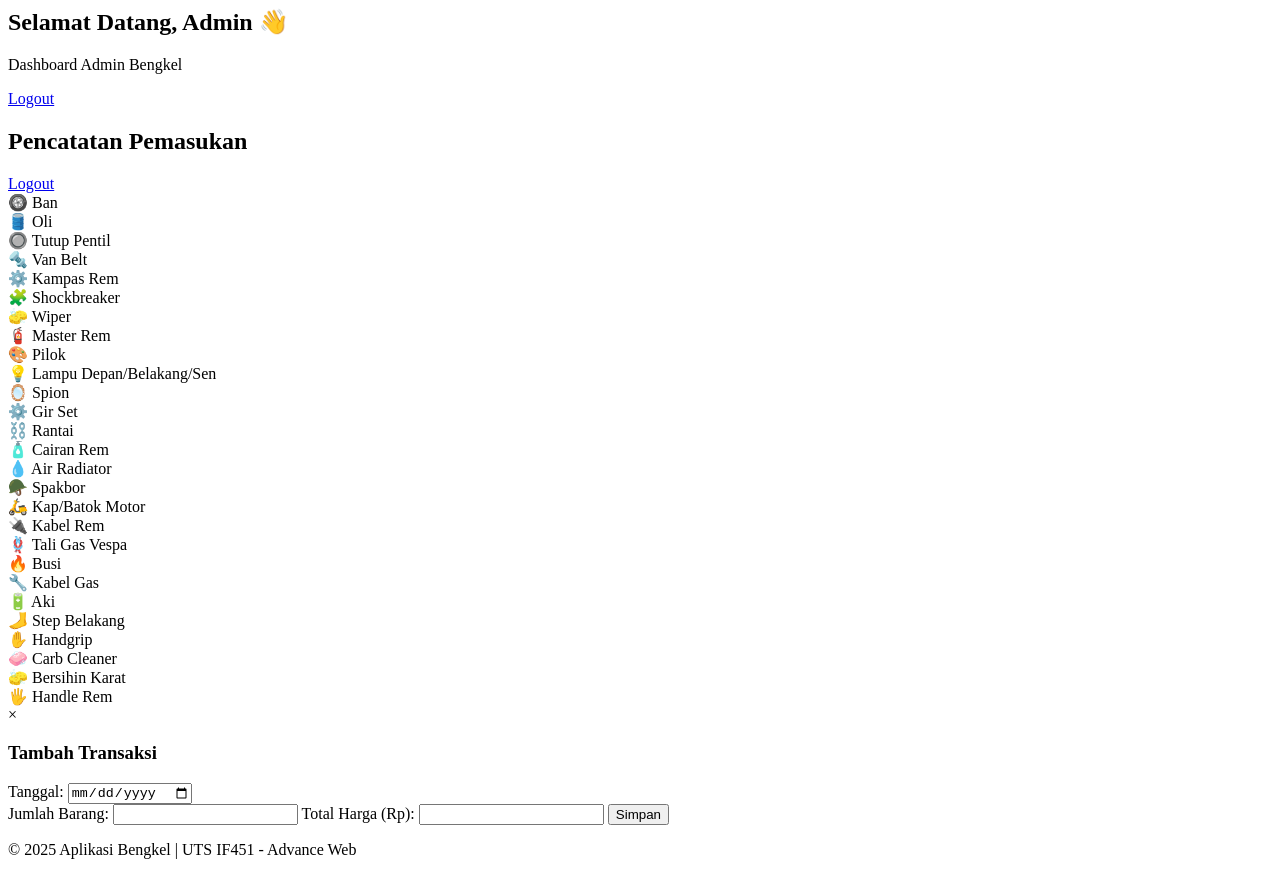
Repository: eligrahphilip/bengkel_managemen
Page: views/admin-income.ejs
These files come from the project's save history. The page is drawn as it stood at one moment and after the next save; the edit follows.
The browser window is 1280 px wide. The pictures show the whole page.
The page is served by the project's Node server (server.js). The template is opened directly, without the code that normally fills it, so the values that code supplies are empty.

Above is the page before, as saved 2025-10-10 20:46:07.

### views/admin-income.ejs
<%- include('partials/header') %>

<header>
  <h2>Pencatatan Pemasukan</h2>
  <a href="/logout" class="logout-btn">Logout</a>
</header>

<div class="grid-container" id="barangGrid">
  <!-- Semua daftar barang -->
  <div class="card" data-barang="Ban">🛞 Ban</div>
  <div class="card" data-barang="Oli">🛢️ Oli</div>
  <div class="card" data-barang="Tutup Pentil">🔘 Tutup Pentil</div>
  <div class="card" data-barang="Van Belt">🔩 Van Belt</div>
  <div class="card" data-barang="Kampas Rem">⚙️ Kampas Rem</div>
  <div class="card" data-barang="Shockbreaker">🧩 Shockbreaker</div>
  <div class="card" data-barang="Wiper">🧽 Wiper</div>
  <div class="card" data-barang="Master Rem">🧯 Master Rem</div>
  <div class="card" data-barang="Pilok">🎨 Pilok</div>
  <div class="card" data-barang="Lampu">💡 Lampu Depan/Belakang/Sen</div>
  <div class="card" data-barang="Spion">🪞 Spion</div>
  <div class="card" data-barang="Gir Set">⚙️ Gir Set</div>
  <div class="card" data-barang="Rantai">⛓️ Rantai</div>
  <div class="card" data-barang="Cairan Rem">🧴 Cairan Rem</div>
  <div class="card" data-barang="Air Radiator">💧 Air Radiator</div>
  <div class="card" data-barang="Spakbor">🪖 Spakbor</div>
  <div class="card" data-barang="Kap Motor">🛵 Kap/Batok Motor</div>
  <div class="card" data-barang="Kabel Rem">🔌 Kabel Rem</div>
  <div class="card" data-barang="Tali Gas Vespa">🪢 Tali Gas Vespa</div>
  <div class="card" data-barang="Busi">🔥 Busi</div>
  <div class="card" data-barang="Kabel Gas">🔧 Kabel Gas</div>
  <div class="card" data-barang="Aki">🔋 Aki</div>
  <div class="card" data-barang="Step Belakang">🦶 Step Belakang</div>
  <div class="card" data-barang="Handgrip">✋ Handgrip</div>
  <div class="card" data-barang="Carb Cleaner">🧼 Carb Cleaner</div>
  <div class="card" data-barang="Bersihin Karat">🧽 Bersihin Karat</div>
  <div class="card" data-barang="Handle Rem">🖐️ Handle Rem</div>
</div>

<!-- Modal -->
<div id="formModal" class="modal">
  <div class="modal-content">
    <span class="close" id="closeModal">&times;</span>
    <h3 id="modalTitle">Tambah Transaksi</h3>
    <form method="POST" action="/admin/add" id="transaksiForm">
      <input type="hidden" name="jenis" value="income">
      <input type="hidden" name="barang" id="barangInput">

      <label>Tanggal:</label>
      <input type="date" name="tanggal" required>

      <div id="detailFields"></div>

      <label>Jumlah Barang:</label>
      <input type="number" name="jumlah_barang" required>

      <label>Total Harga (Rp):</label>
      <input type="number" name="jumlah" required>

      <button type="submit">Simpan</button>
    </form>
  </div>
</div>

<script src="/js/admin/admin-income.js"></script>

<%- include('partials/footer') %>

### views/partials/header.ejs
<header>
  <div class="header-text">
    <h2>Selamat Datang, <%= user?.username || 'Admin' %> 👋</h2>
    <p>Dashboard Admin Bengkel</p>
  </div>
  <a href="/logout" class="logout-btn">Logout</a>
</header>

### views/partials/footer.ejs
<footer>
  <p>© 2025 Aplikasi Bengkel | UTS IF451 - Advance Web</p>
</footer>

### server.js
const express = require("express");
const path = require("path");
const fs = require("fs");
const bodyParser = require("body-parser");
const session = require("express-session");

const app = express();
const PORT = 3000;

// Middleware
app.use(bodyParser.urlencoded({ extended: true }));
app.use(express.static("public"));
app.use(
  session({
    secret: "bengkel-secret",
    resave: false,
    saveUninitialized: true,
  })
);

// Set EJS
app.set("view engine", "ejs");
app.set("views", path.join(__dirname, "views"));

// File data
const usersPath = path.join(__dirname, "data", "users.json");
const transPath = path.join(__dirname, "data", "transactions.json");

// === ROUTES ===

// Login
app.get("/", (req, res) => {
  res.render("login", { error: null });
});

// Proses login
app.post("/login", (req, res) => {
  const { username, password } = req.body;
  const users = JSON.parse(fs.readFileSync(usersPath));
  const user = users.find(
    (u) => u.username === username && u.password === password
  );

  if (!user) return res.render("login", { error: "Username atau password salah!" });

  req.session.user = user;
  if (user.role === "admin") return res.redirect("/admin/menu");
  else return res.redirect("/user");
});

// Logout
app.get("/logout", (req, res) => {
  req.session.destroy();
  res.redirect("/");
});

// === ADMIN ===

// Menu utama admin
app.get("/admin/menu", (req, res) => {
  if (!req.session.user || req.session.user.role !== "admin")
    return res.redirect("/");
  res.render("admin-menu", { user: req.session.user });
});

// Pencatatan Pemasukan
app.get("/admin/income", (req, res) => {
  if (!req.session.user || req.session.user.role !== "admin")
    return res.redirect("/");
  res.render("admin-income", { user: req.session.user });
});

// Pencatatan Pengeluaran
app.get("/admin/expense", (req, res) => {
  if (!req.session.user || req.session.user.role !== "admin")
    return res.redirect("/");
  res.render("admin-expense", { user: req.session.user });
});

// Tambah transaksi
app.post("/admin/add", (req, res) => {
  const { tanggal, keterangan, jumlah, jenis } = req.body;
  const transactions = JSON.parse(fs.readFileSync(transPath));

  const newTrans = {
    id: Date.now(),
    tanggal,
    keterangan,
    jumlah: parseFloat(jumlah),
    jenis, // income / expense
  };

  transactions.push(newTrans);
  fs.writeFileSync(transPath, JSON.stringify(transactions, null, 2));

  res.redirect("/admin/history");
});

// Riwayat transaksi
app.get("/admin/history", (req, res) => {
  if (!req.session.user || req.session.user.role !== "admin")
    return res.redirect("/");
  const transactions = JSON.parse(fs.readFileSync(transPath));
  res.render("admin-history", { user: req.session.user, transactions });
});

// Laporan Keuangan
app.get("/report", (req, res) => {
  if (!req.session.user || req.session.user.role !== "admin")
    return res.redirect("/");

  const transactions = JSON.parse(fs.readFileSync(transPath));

  const totalIncome = transactions
    .filter((t) => t.jenis === "income")
    .reduce((sum, t) => sum + t.jumlah, 0);

  const totalExpense = transactions
    .filter((t) => t.jenis === "expense")
    .reduce((sum, t) => sum + t.jumlah, 0);

  const saldo = totalIncome - totalExpense;

  res.render("report", {
    user: req.session.user,
    transactions,
    totalIncome,
    totalExpense,
    saldo,
  });
});

// === USER ===
app.get("/user", (req, res) => {
  if (!req.session.user || req.session.user.role !== "user")
    return res.redirect("/");
  res.render("user-catalog", { user: req.session.user });
});

app.listen(PORT, () =>
  console.log(`Server running on http://localhost:${PORT}`)
);

### public/js/admin/admin-income.js
const cards = document.querySelectorAll(".card");
const modal = document.getElementById("formModal");
const closeModal = document.getElementById("closeModal");
const modalTitle = document.getElementById("modalTitle");
const barangInput = document.getElementById("barangInput");
const detailFields = document.getElementById("detailFields");

cards.forEach(card => {
  card.addEventListener("click", () => {
    const barang = card.dataset.barang;
    barangInput.value = barang;
    modalTitle.textContent = "Tambah " + barang;
    detailFields.innerHTML = "";

    if (barang === "Oli") {
      detailFields.innerHTML = `
        <label>Merek:</label>
        <select name="merek_oli" required>
          <option value="">-- Pilih Merek --</option>
          <option value="Castrol">Castrol</option>
          <option value="Shell">Shell</option>
          <option value="Federal">Federal</option>
          <option value="Yamalube">Yamalube</option>
        </select>

        <label>Tipe:</label>
        <select name="tipe_oli" required>
          <option value="">-- Pilih Tipe --</option>
          <option value="AT">AT</option>
          <option value="Sport">Sport</option>
          <option value="Racing">Racing</option>
        </select>

        <label>Ukuran (Liter):</label>
        <select name="ukuran_oli" required>
          <option value="">-- Pilih Ukuran --</option>
          <option value="0.8">0.8L</option>
          <option value="1">1L</option>
          <option value="2">2L</option>
        </select>
      `;
    }

    modal.style.display = "flex";
  });
});

closeModal.addEventListener("click", () => modal.style.display = "none");
window.addEventListener("click", e => { if (e.target === modal) modal.style.display = "none"; });

### public/css/admin/admin-income.css
body {
  font-family: "Segoe UI", Tahoma, Geneva, Verdana, sans-serif;
  background-color: #f2f4f7;
  margin: 0;
}

header {
  background-color: #1E3A8A;
  color: white;
  padding: 20px 30px;
  display: flex;
  justify-content: space-between;
  align-items: center;
  box-shadow: 0 4px 6px rgba(0, 0, 0, 0.2);
}

.logout-btn {
  background-color: #e53e3e;
  color: white;
  padding: 10px 18px;
  border-radius: 5px;
  text-decoration: none;
  font-weight: bold;
  transition: 0.3s;
}

.logout-btn:hover {
  background-color: #c53030;
}

.grid-container {
  display: grid;
  grid-template-columns: repeat(auto-fit, minmax(150px, 1fr));
  gap: 20px;
  padding: 40px;
  max-width: 1100px;
  margin: 0 auto;
}

.card {
  background: white;
  border-radius: 10px;
  padding: 20px;
  text-align: center;
  box-shadow: 0 4px 6px rgba(0, 0, 0, 0.1);
  transition: all 0.3s ease;
  cursor: pointer;
  font-weight: bold;
}

.card:hover {
  transform: translateY(-5px);
  background-color: #f0f4ff;
  box-shadow: 0 8px 12px rgba(0, 0, 0, 0.15);
}

/* Modal */
.modal {
  display: none;
  position: fixed;
  top: 0; left: 0;
  width: 100%;
  height: 100%;
  background: rgba(0,0,0,0.6);
  justify-content: center;
  align-items: center;
}

.modal-content {
  background: white;
  padding: 30px;
  border-radius: 10px;
  width: 90%;
  max-width: 400px;
  box-shadow: 0 4px 10px rgba(0,0,0,0.3);
}

label {
  font-weight: bold;
  display: block;
  margin-top: 10px;
}

input, select {
  width: 100%;
  padding: 8px;
  margin-top: 5px;
  border: 1px solid #ccc;
  border-radius: 5px;
}

button {
  margin-top: 15px;
  padding: 10px 15px;
  background-color: #1E3A8A;
  color: white;
  border: none;
  border-radius: 5px;
  cursor: pointer;
  font-weight: bold;
}

button:hover {
  background-color: #2b4ae0;
}

.close {
  float: right;
  font-size: 18px;
  color: #555;
  cursor: pointer;
}

After the next save:
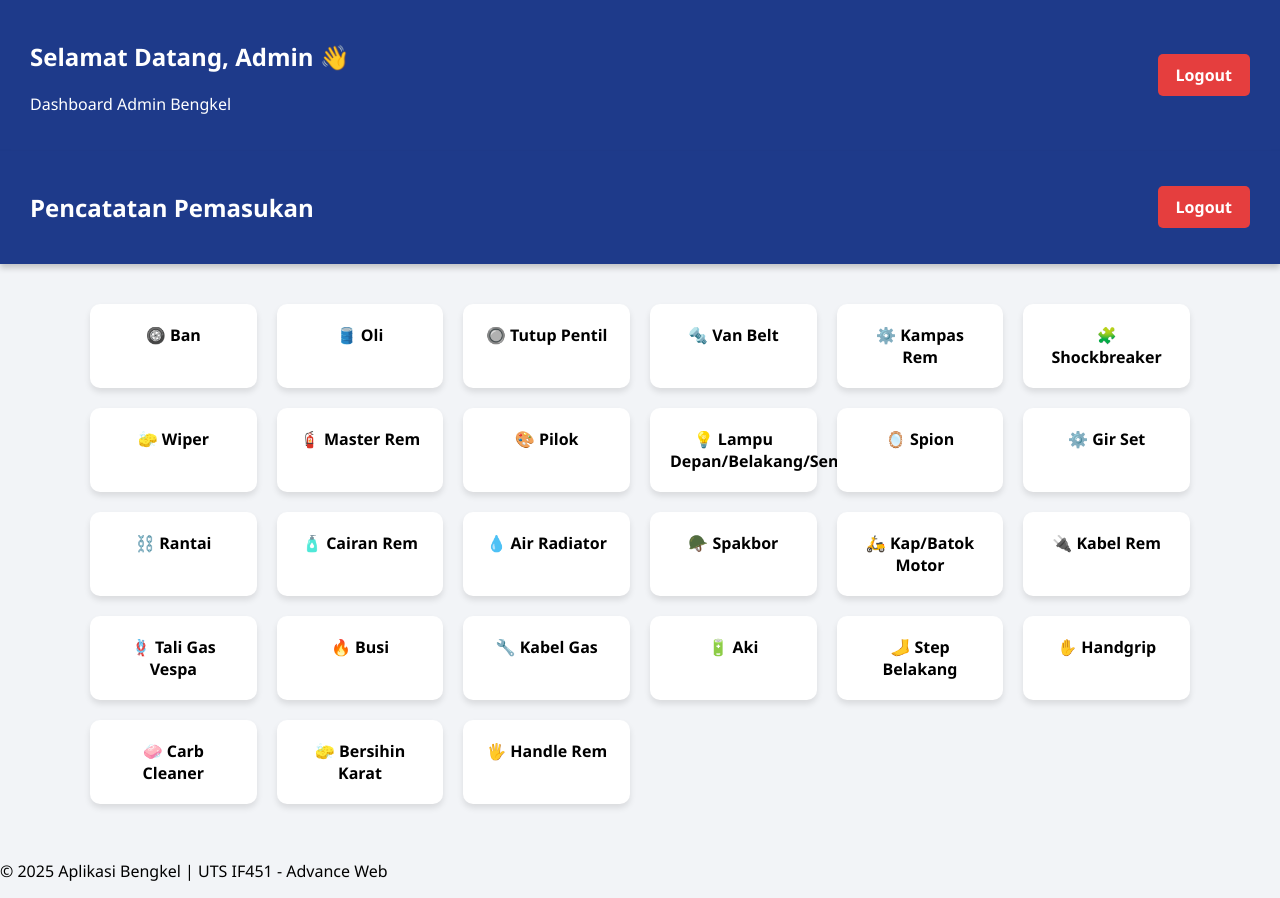
Saved 104 s later.
--- a/views/admin-income.ejs
+++ b/views/admin-income.ejs
@@ -1,4 +1,6 @@
 <%- include('partials/header') %>
+<link rel="stylesheet" href="/css/admin/admin-income.css">
+
 
 <header>
   <h2>Pencatatan Pemasukan</h2>
